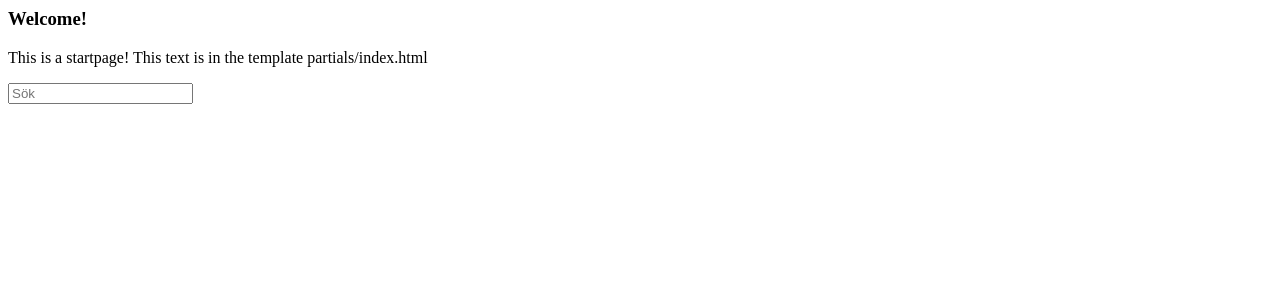
Repository: mp222sf/1dv450-clientapplication
Page: views/index.html
The author's editor kept a record of every edit. The page is drawn from the files as they stood at one moment, then again after the next edit.
The browser window is 1280 px wide. The pictures show the whole page.

Above is the page before.

### views/index.html
<h3>Welcome!</h3>

<p>
This is a startpage!
This text is in the template partials/index.html
</p>

<div class="row">
    <div class="small-4 columns end">
        <input role="search" id="search-box" placeholder="Sök" type="text" data-ng-model="filter.name" />
    </div>
</div>

After the next edit:
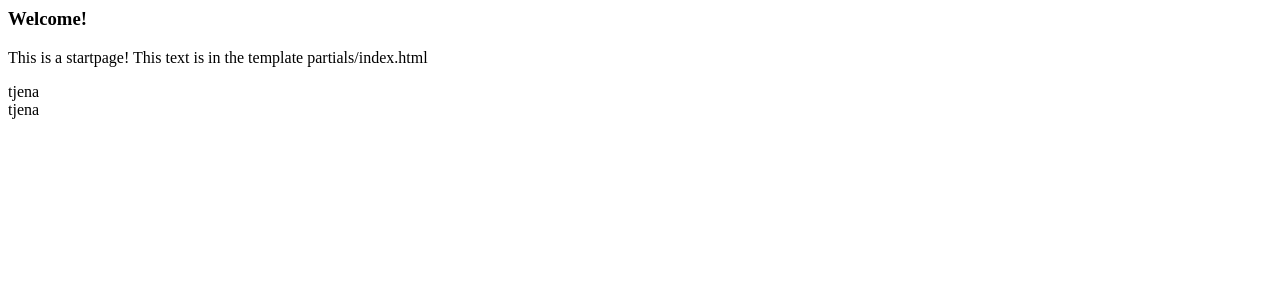
The edit:
--- a/views/index.html
+++ b/views/index.html
@@ -7,6 +7,9 @@
 
 <div class="row">
     <div class="small-4 columns end">
-        <input role="search" id="search-box" placeholder="Sök" type="text" data-ng-model="filter.name" />
+        tjena
+    </div>
+    <div class="small-4 columns end">
+        tjena
     </div>
 </div>
